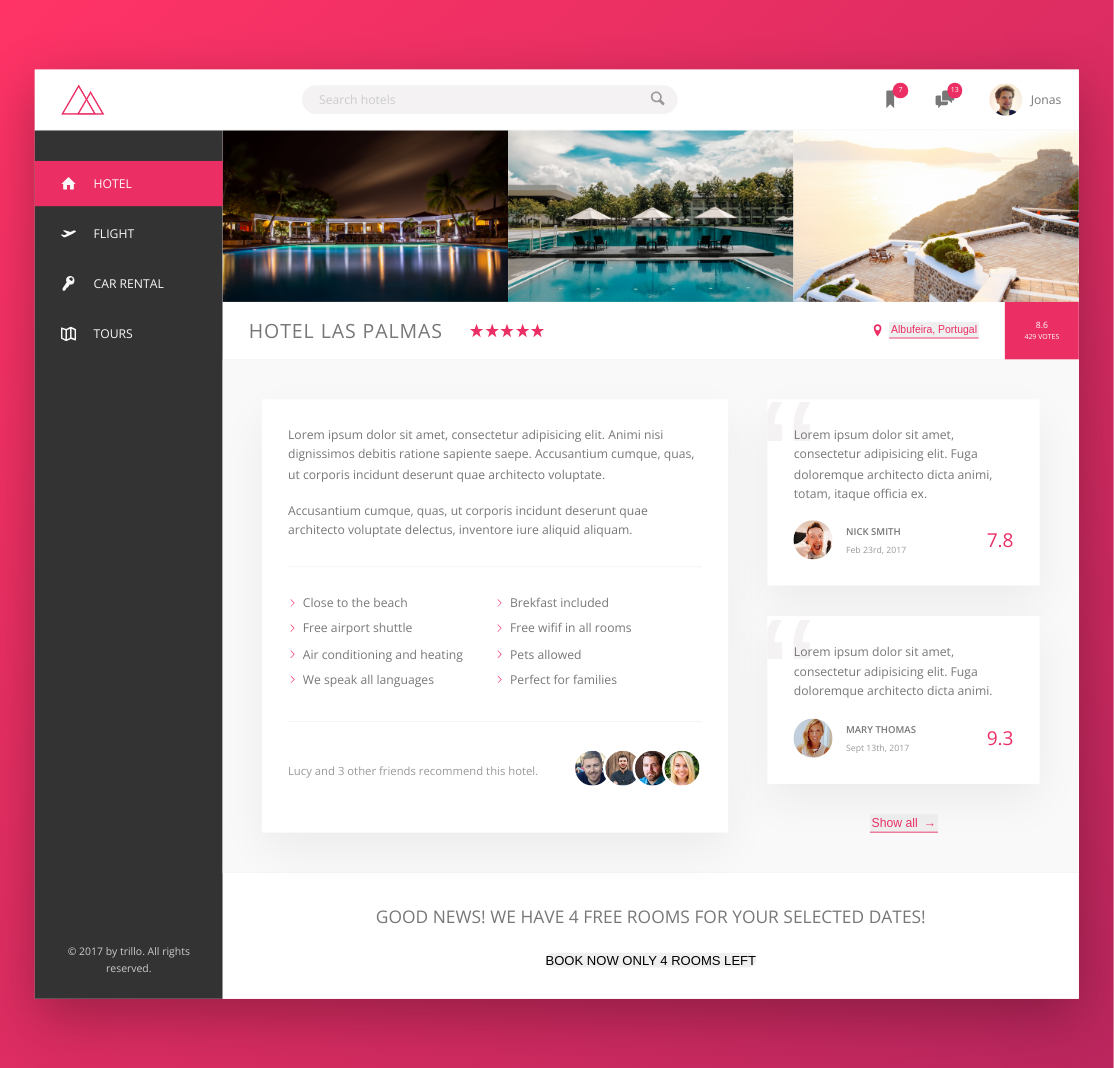
Repository: MalgorzataMazur/Trillo
Page: index.html
An editor plug-in stored every save of this project. The page is shown before and after the next save, followed by the edit.
The browser window is 1280 px wide. The pictures show the whole page, at 87% of full size.
The style sheet was rebuilt from its Sass, Less or Tailwind sources for each picture, by a compiler version that may differ from the author's.

Above is the page before, as saved 2020-03-28 13:01:13.

After the next save:
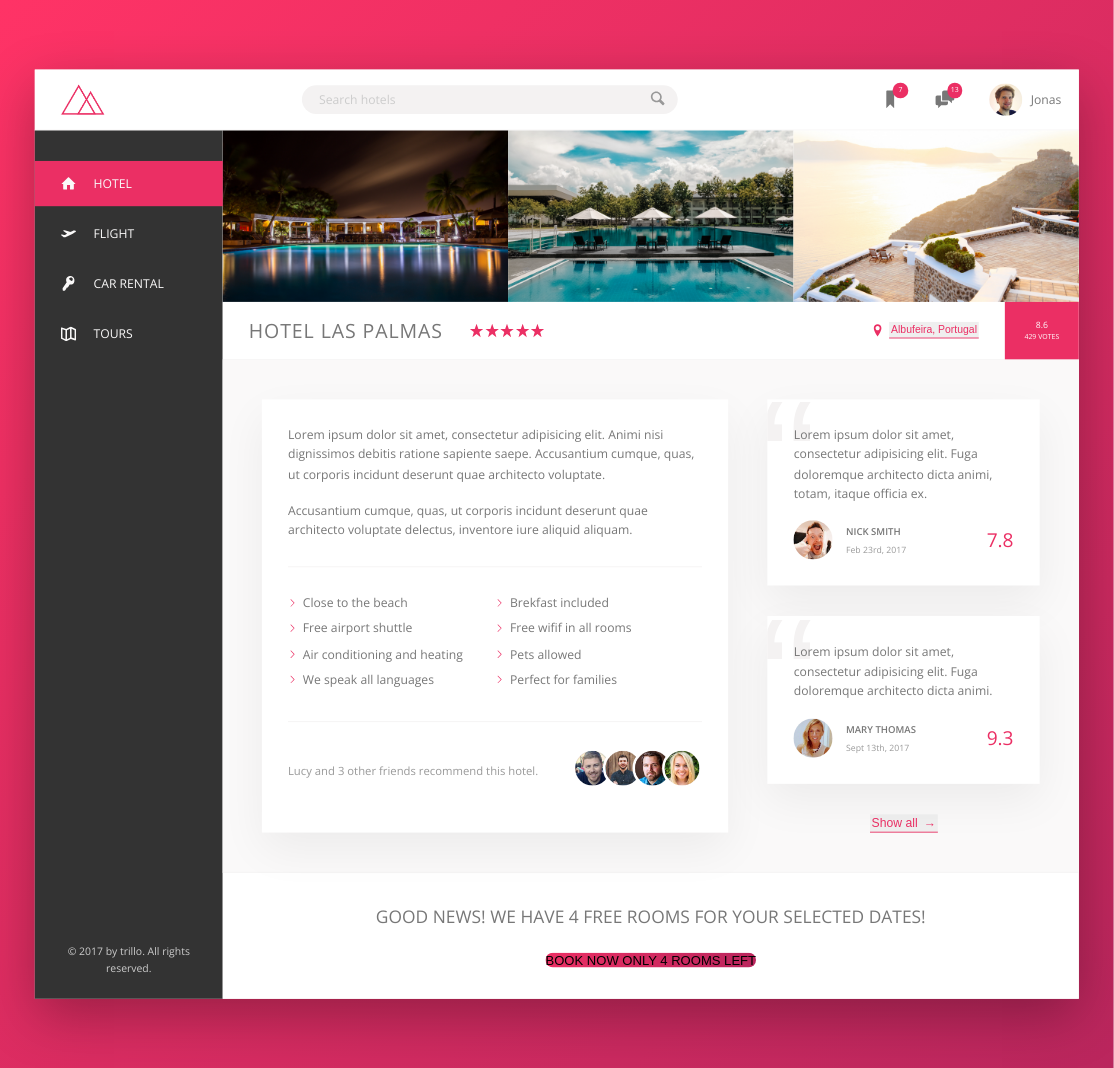
Saved 2 min 9 s later.
--- a/sass/_components.scss
+++ b/sass/_components.scss
@@ -491,6 +491,7 @@
     text-transform: uppercase;
     border-radius: 100px;
     border: none;
+    background-image: linear-gradient(to right, var(--color-primary), var(--color-primary-dark));
 
     &__visible {
 
